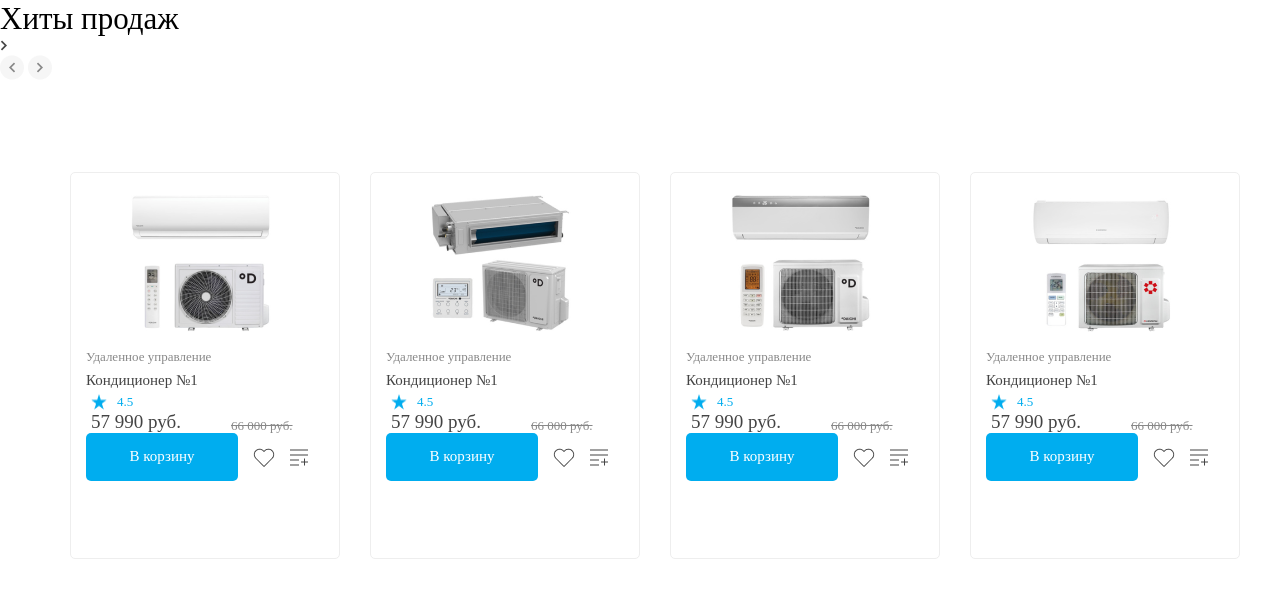
Repository: NikaMana/us
Page: index.html
These files come from the project's save history. The page is drawn as it stood at one moment and after the next save; the edit follows.
The browser window is 1280 px wide. The pictures show the whole page.

Above is the page before, as saved 2021-09-15 15:57:17.

### index.html
<!DOCTYPE html>
<html lang="ru">
<head>
    <meta charset="utf-8">
    <title>Main page</title>
    <meta name="viewport" content="widht=1100, initial-scale=1.0">
    <link rel="stylesheet" href="./styles.css">


</head>
<body>
<div class="welcome">
  <div class="welcome__container">
    <div class="welcome__up">
      <div class="welcome__left">
        <h1 class="welcome__hits">Хиты продаж</h1>
        <img class="welcome__arr" src="/img/arrbl.png" alt="blackarrow">
      </div>
      <div class="welcome__right">
        <img class="welcome__arr-left" src="/img/arrleft.png" alt="arrowleft">
        <img class="welcome__arr-right" src="/img/arrright.png" alt="arrowright">
      </div>
    </div>
      <div class="welcome__block-container">
        <div class="welcome__block">
          <img class="welcome__pic" src="/img/pic1.png" alt="condition">
          <h4 class="welcome__control">Удаленное управление</h4>
          <h3 class="welcome__condition">Кондиционер №1</h3>
          <div class="welcome__rating">
            <img class="welcome__star" src="/img/Star.png" alt="star">
            <span class="welcome__score">4.5</span>
          </div>
          <div class="welcome__price">
            <h2 class="welcome__price-current">57 990 руб.</h2>
            <h3 class="welcome__price-past">66 000 руб.</h3>
          </div>
          <div class="welcome__adding">
            <button class="welcome__button">В корзину</button>
            <img class="welcome__like" src="/img/like.png" alt="like">
            <img class="welcome__plus" src="/img/add.png" alt="add">
          </div>
        </div>
        <div class="welcome__block">
          <img class="welcome__pic" src="/img/pic2.png" alt="condition">
          <h4 class="welcome__control">Удаленное управление</h4>
          <h3 class="welcome__condition">Кондиционер №1</h3>
          <div class="welcome__rating">
            <img class="welcome__star" src="/img/Star.png" alt="star">
            <span class="welcome__score">4.5</span>
          </div>
          <div class="welcome__price">
            <h2 class="welcome__price-current">57 990 руб.</h2>
            <h3 class="welcome__price-past">66 000 руб.</h3>
          </div>
          <div class="welcome__adding">
            <button class="welcome__button">В корзину</button>
            <img class="welcome__like" src="/img/like.png" alt="like">
            <img class="welcome__plus" src="/img/add.png" alt="add">
          </div>
        </div>
        <div class="welcome__block">
          <img class="welcome__pic" src="/img/pic3.png" alt="condition">
          <h4 class="welcome__control">Удаленное управление</h4>
          <h3 class="welcome__condition">Кондиционер №1</h3>
          <div class="welcome__rating">
            <img class="welcome__star" src="/img/Star.png" alt="star">
            <span class="welcome__score">4.5</span>
          </div>
          <div class="welcome__price">
            <h2 class="welcome__price-current">57 990 руб.</h2>
            <h3 class="welcome__price-past">66 000 руб.</h3>
          </div>
          <div class="welcome__adding">
            <button class="welcome__button">В корзину</button>
            <img class="welcome__like" src="/img/like.png" alt="like">
            <img class="welcome__plus" src="/img/add.png" alt="add">
          </div>
        </div>
        <div class="welcome__block">
          <img class="welcome__pic" src="/img/pic4.png" alt="condition">
          <h4 class="welcome__control">Удаленное управление</h4>
          <h3 class="welcome__condition">Кондиционер №1</h3>
          <div class="welcome__rating">
            <img class="welcome__star" src="/img/Star.png" alt="star">
            <span class="welcome__score">4.5</span>
          </div>
          <div class="welcome__price">
            <h2 class="welcome__price-current">57 990 руб.</h2>
            <h3 class="welcome__price-past">66 000 руб.</h3>
          </div>
          <div class="welcome__adding">
            <button class="welcome__button">В корзину</button>
            <img class="welcome__like" src="/img/like.png" alt="like">
            <img class="welcome__plus" src="/img/add.png" alt="add">
          </div>
        </div>
      </div>
  </div>
</div>
</body>

### styles.css
*{
  margin: 0;
  padding: 0;
  box-sizing: border-box;
}
button{
  border: none;
  background: no-repeat;
}
h1, h2,h3,h4,h5{
  font-family: none;
  font-size: none;
}
.welcome{
  position: absolute;
  width: 100%;
  height: 100%;
  z-index: 0;
}

.welcome__hits{
font-family: Gotham Pro;
font-size: 31px;
font-style: normal;
font-weight: 300;
line-height: 37px;
letter-spacing: 0em;
text-align: left;
}
.welcome__block-container{
  display: flex;
  flex-direction: row;
}
.welcome__block{
height: 387px;
width: 270px;
left: 55px;
top: 88px;
border-radius: 5px;
position: relative;
height: 387px;
left: 55px;
right: 955px;
top: 88px;
background: #FFFFFF;
border: 1px solid #EEEEEE;
box-sizing: border-box;
border-radius: 5px;
margin: 0px 15px;
padding: 15px;
}
.welcome__pic{
height: 150px;
left: 20px;
right: 20px;
top: 20px;
}
.welcome__control{
  position: static;
width: 230px;
height: 19px;
left: 0px;
top: 0px;
font-family: Gotham Pro;
font-style: normal;
font-weight: normal;
font-size: 13px;
line-height: 19px;
color: #888888;
flex: none;
order: 0;
align-self: stretch;
flex-grow: 0;
margin: 5px 0px;
}
.welcome__condition{
  position: static;
width: 230px;
height: 18px;
left: 0px;
top: 0px;
font-family: Gotham Pro;
font-style: normal;
font-weight: normal;
font-size: 15px;
line-height: 18px;
color: #444444;
flex: none;
order: 0;
align-self: stretch;
flex-grow: 0;
margin: 5px 0px;
}
.welcome__rating{
  display: flex;
}
.welcome__star{
  position: static;
width: 16px;
height: 16px;
left: 0px;
top: 0px;
flex: none;
order: 0;
flex-grow: 0;
margin: 0px 5px;
}
.welcome__score{
  position: static;
width: 165px;
height: 15px;
left: 21px;
top: 0px;
font-family: Gotham Pro;
font-style: normal;
font-weight: normal;
font-size: 13px;
line-height: 15px;
display: flex;
align-items: center;
color: #00ADEF;
flex: none;
order: 1;
flex-grow: 1;
margin: 0px 5px;
}
.welcome__price{
  display: flex;
}
.welcome__price-current{
  position: static;
width: 130px;
height: 23px;
left: 0px;
top: 0px;
font-family: Gotham Pro;
font-style: normal;
font-weight: normal;
font-size: 19px;
line-height: 23px;
display: flex;
align-items: flex-end;
color: #444444;
flex: none;
order: 0;
flex-grow: 0;
margin: 0px 5px;
}
.welcome__price-past{
  position: static;
width: 103px;
height: 23px;
left: 135px;
top: 0px;
font-family: Gotham Pro;
font-style: normal;
font-weight: normal;
font-size: 13px;
line-height: 15px;
display: flex;
align-items: flex-end;
text-decoration-line: line-through;
color: #888888;
flex: none;
order: 1;
flex-grow: 0;
margin: 0px 5px;
}
.welcome__adding{
  display: flex;
  align-items: center;
}
.welcome__button{
  display: flex;
flex-direction: row;
justify-content: center;
align-items: center;
padding: 14px 40px 16px;
position: static;
width: 152px;
height: 48px;
left: 0px;
top: 0px;
background: #00ADEF;
border-radius: 5px;
flex: none;
order: 0;
font-family: Gotham Pro;
font-style: normal;
font-weight: normal;
font-size: 15px;
line-height: 18px;
color: #FFFFFF;
margin-right: 15px;
cursor: pointer;
}
.welcome__like{
cursor: pointer;
margin-right: 15px;
}
.welcome__plus{
cursor: pointer;;
}

After the next save:
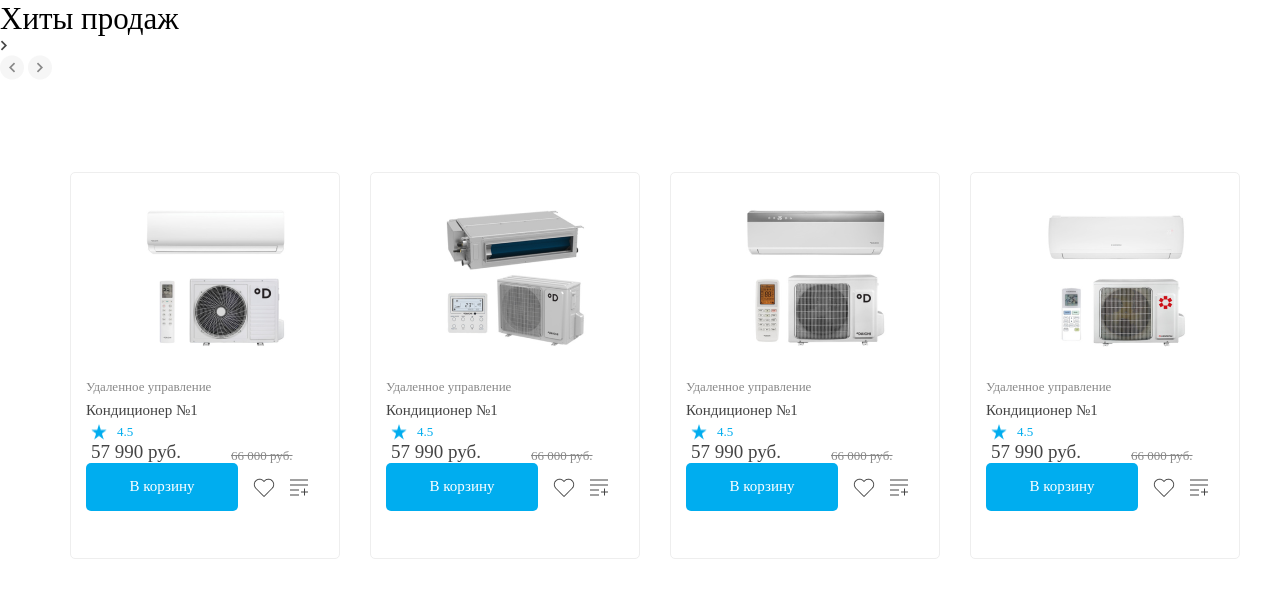
Saved 71 s later.
--- a/styles.css
+++ b/styles.css
@@ -50,6 +50,7 @@ margin: 0px 15px;
 padding: 15px;
 }
 .welcome__pic{
+margin: 15px;
 height: 150px;
 left: 20px;
 right: 20px;
